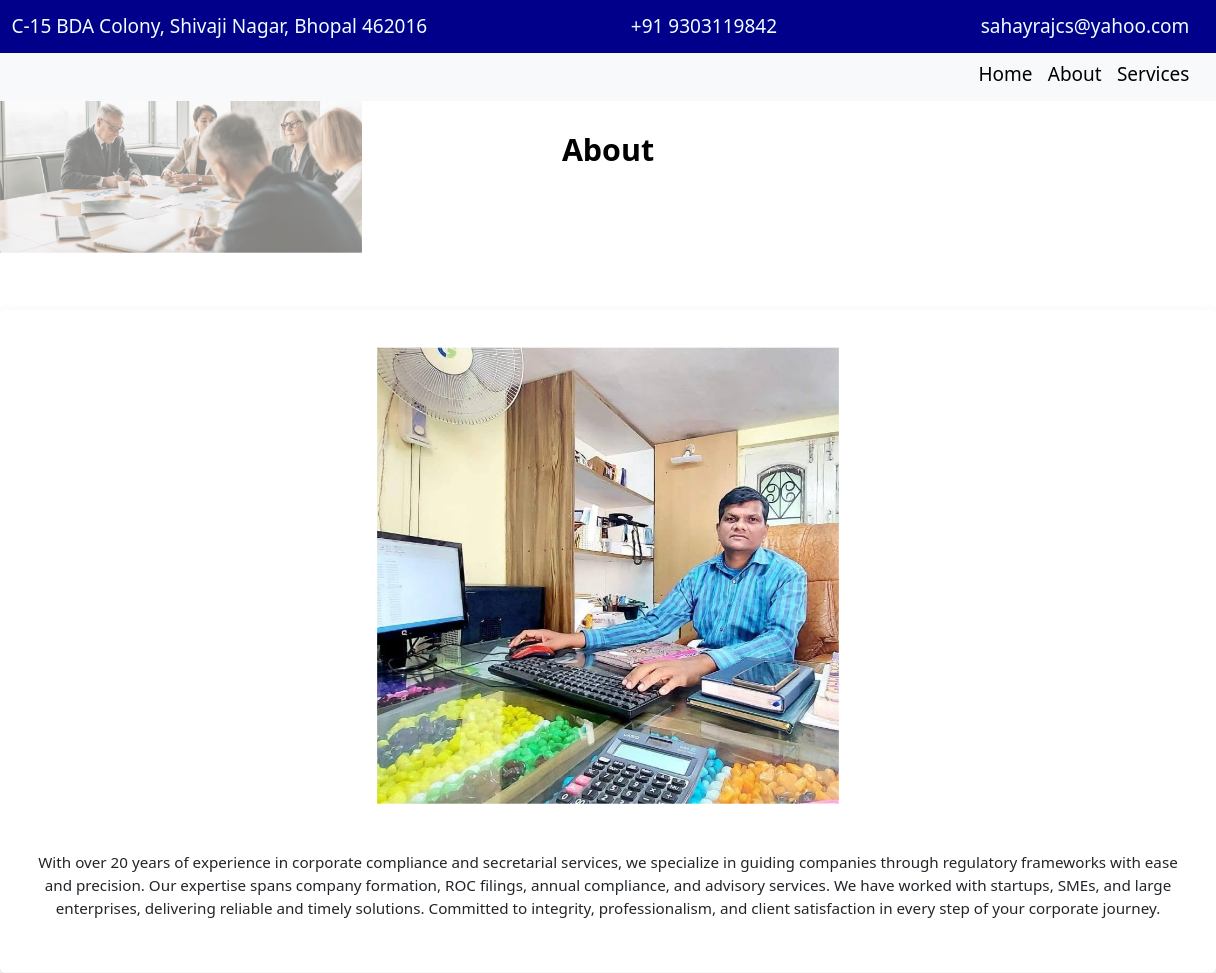
Repository: aayushiss/CS-RSS
Page: about.html
An editor plug-in stored every save of this project. The page is shown before and after the next save, followed by the edit.
The browser window is 1280 px wide. The pictures show the whole page, at 95% of full size.

Above is the page before, as saved 2025-05-16 20:33:50.

After the next save:
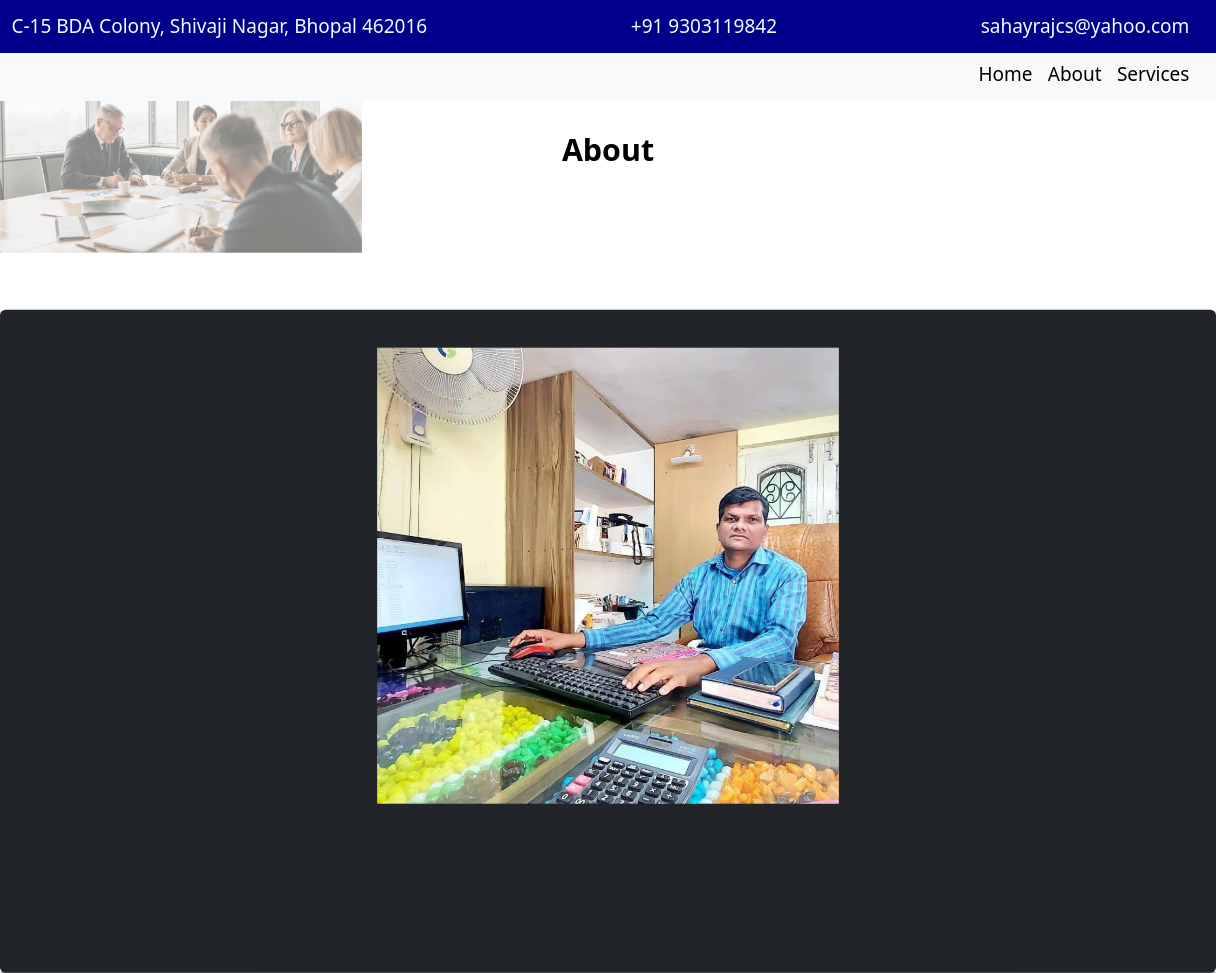
Saved 5 s later.
--- a/about.html
+++ b/about.html
@@ -35,7 +35,7 @@
             About
         </h2>
     </div>
-    <div class="col bg-white rounded shadow" style="padding: 40px;"><div class="text-center">
+    <div class="col bg-dark rounded shadow" style="padding: 40px;"><div class="text-center">
         <img src="images/AboutImage.jpeg" class="img-fluid" style="height: 30rem;">
         <p style="margin-top: 50px;">With over 20 years of experience in corporate compliance and secretarial services, we specialize in guiding companies through regulatory frameworks with ease and precision.
             Our expertise spans company formation, ROC filings, annual compliance, and advisory services.

After the save that followed:
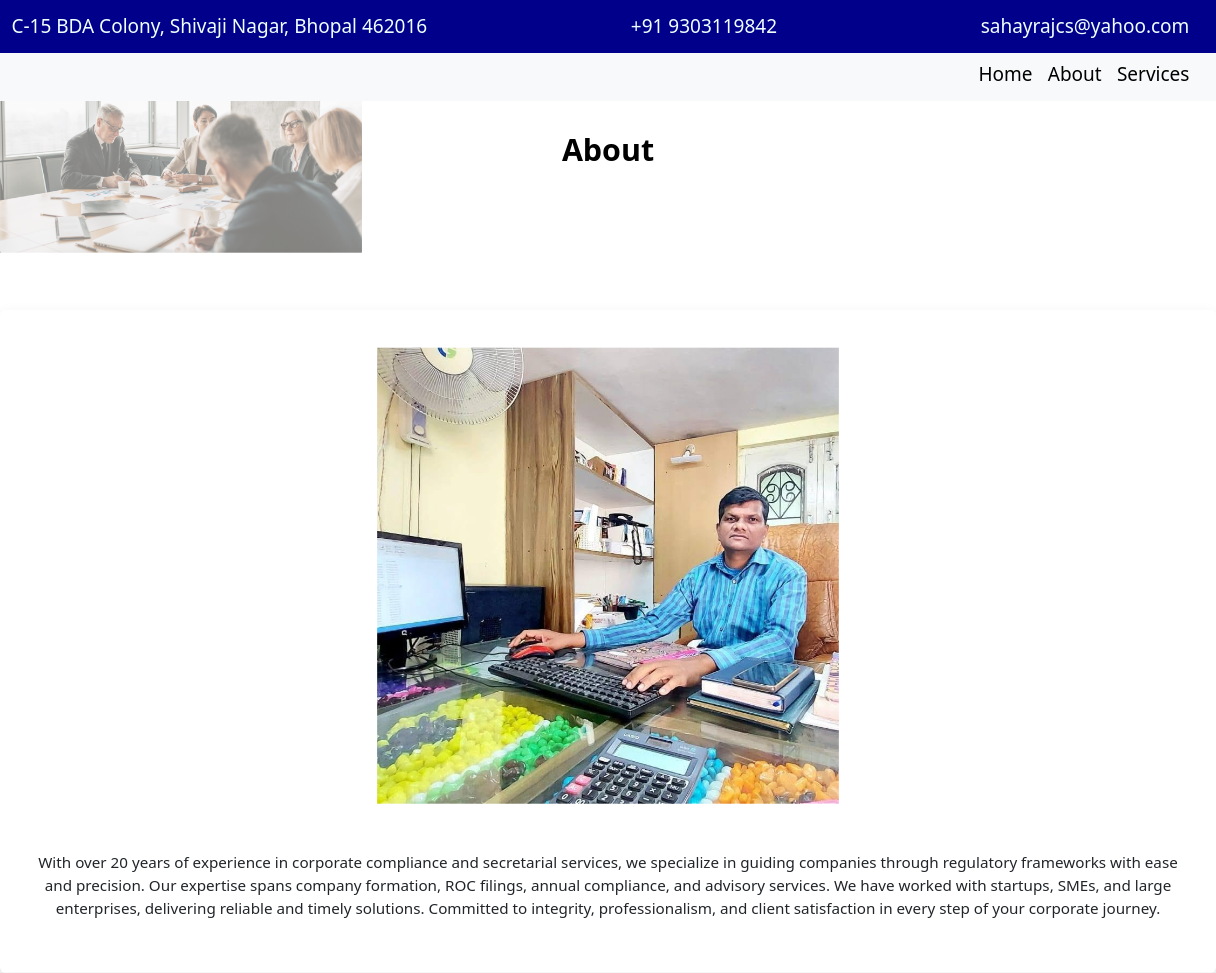
Saved 8 s later.
--- a/about.html
+++ b/about.html
@@ -35,7 +35,7 @@
             About
         </h2>
     </div>
-    <div class="col bg-dark rounded shadow" style="padding: 40px;"><div class="text-center">
+    <div class="col rounded shadow" style="padding: 40px;"><div class="text-center">
         <img src="images/AboutImage.jpeg" class="img-fluid" style="height: 30rem;">
         <p style="margin-top: 50px;">With over 20 years of experience in corporate compliance and secretarial services, we specialize in guiding companies through regulatory frameworks with ease and precision.
             Our expertise spans company formation, ROC filings, annual compliance, and advisory services.
